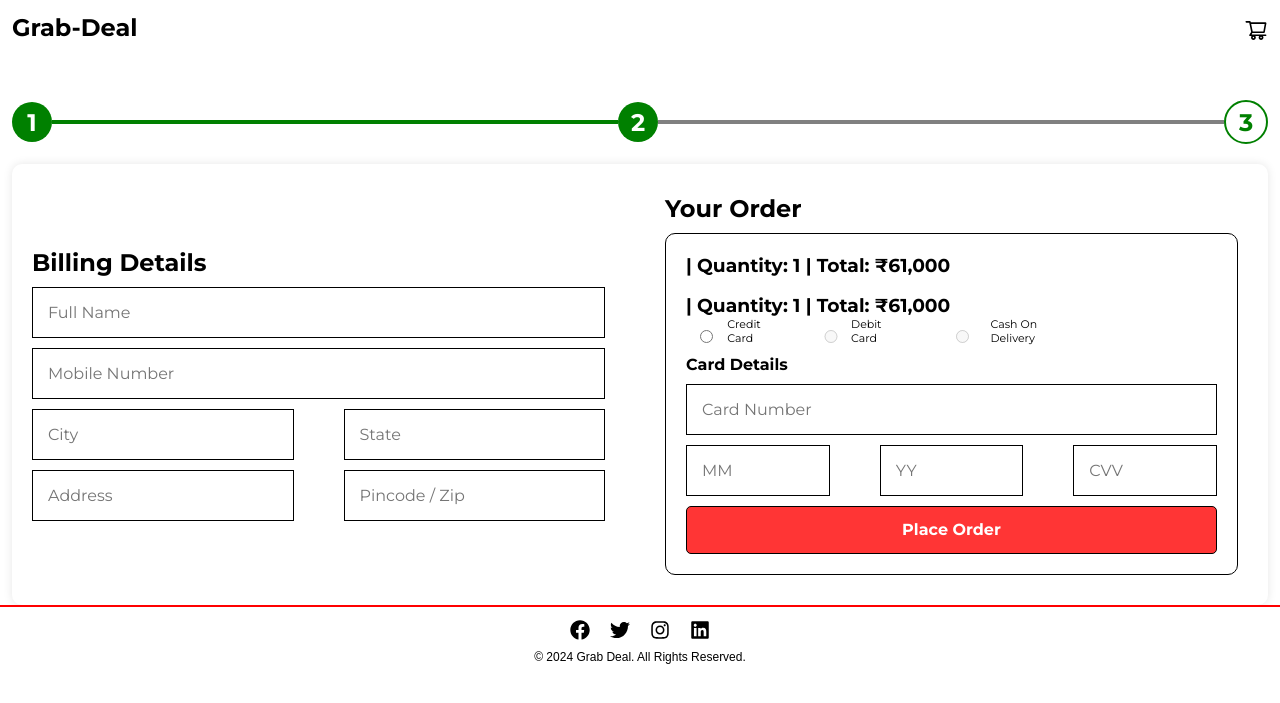
Repository: hlwsatyam/Iphone16Pro
Page: /CheckoutPage
An editor plug-in stored every save of this project. The page is shown before and after the next save, followed by the edit.
The browser window is 1280 px wide. The pictures show the whole page.
The project was rebuilt for these pictures with package versions that can differ from the ones it lists, and the page was loaded fresh each time. Also part of the build but not shown: src/hooks/useDocTitle.js, src/helpers/utils.js, src/components/filters/FilterBarOptions.js, src/components/filters/FilterBar.js, src/hooks/useActive.js, src/components/product/ProductCard.js, src/components/common/SectionsHead.js, src/components/common/Services.js and 19 more.

Above is the page before, as saved 2024-09-28 16:18:19.

After the next save:
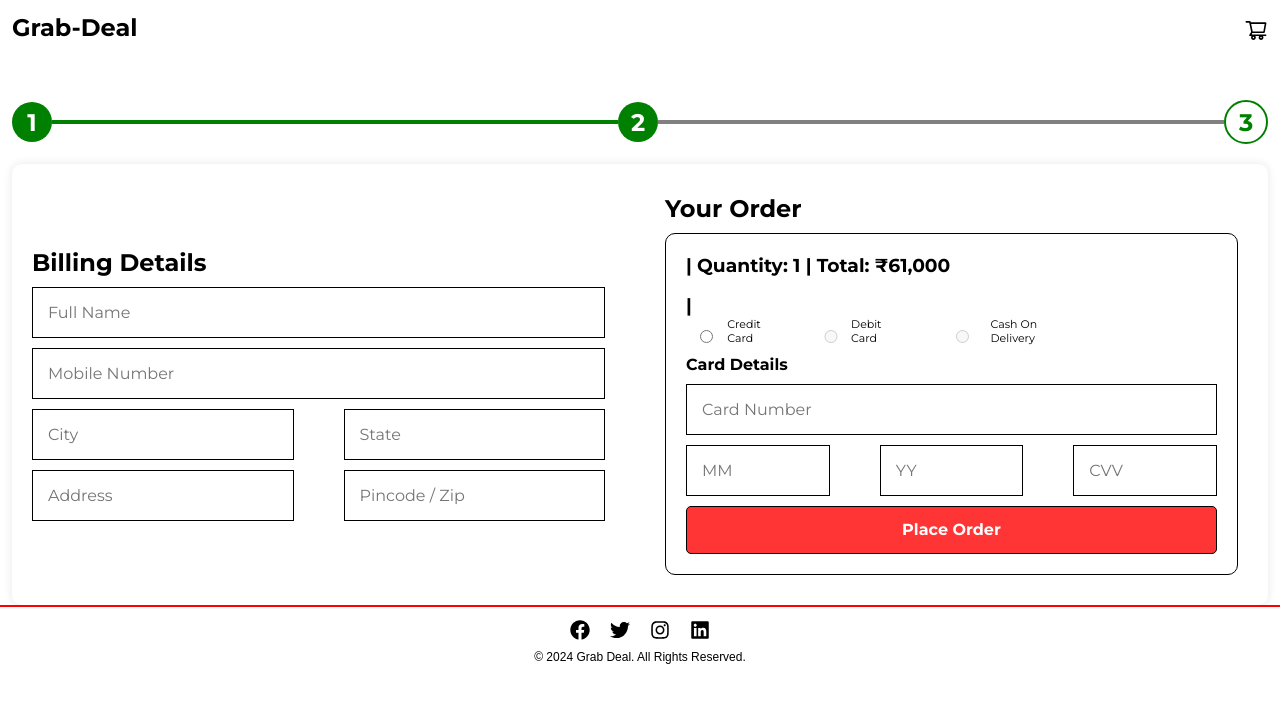
Saved 7 s later.
--- a/src/components/Extra/checkOutComp/LargeArea.jsx
+++ b/src/components/Extra/checkOutComp/LargeArea.jsx
@@ -190,7 +190,7 @@ function LargeArea() {
         <h2>Your Order</h2>
         <div className="right-container">
           <h3 className="qunt"> | Quantity: 1 | Total: ₹61,000 </h3>
-          <h3 className="qunt2"> | Quantity: 1 | Total: ₹61,000 </h3>
+          <h3 className="qunt2"> | </h3>
 
           <div className="card-selection">
             <p>
